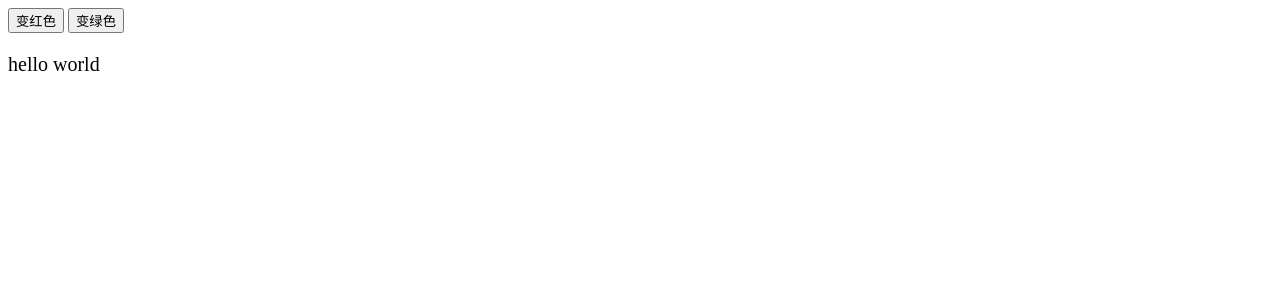
Repository: zhongmoumou/Codes
Page: 测试.html
An editor plug-in stored every save of this project. The page is shown before and after the next save, followed by the edit.
The browser window is 1280 px wide. The pictures show the whole page.

Above is the page before, as saved 2021-12-08 20:33:26.

After the next save:
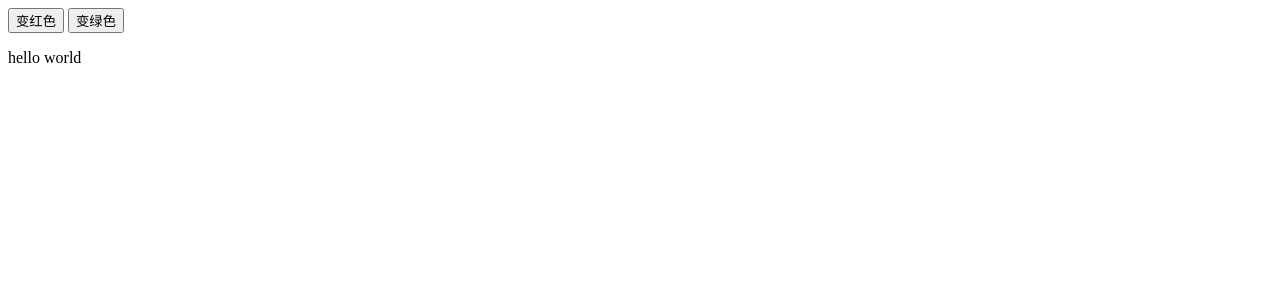
Saved 16 s later.
--- a/测试.html
+++ b/测试.html
@@ -10,7 +10,7 @@
 <body>
   <button>变红色</button>
   <button>变绿色</button>
-  <p id="one" style="font-size: 20px;">hello world</p>
+  <p>hello world</p>
 
   <script>
     // 1、获取事件源

After the save that followed:
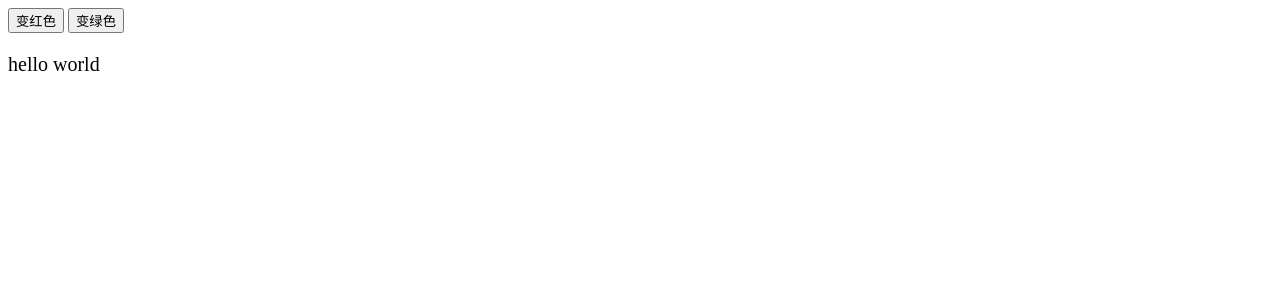
Saved 6 s later.
--- a/测试.html
+++ b/测试.html
@@ -10,7 +10,7 @@
 <body>
   <button>变红色</button>
   <button>变绿色</button>
-  <p>hello world</p>
+  <p id="one" style="font-size: 20px;">hello world</p>
 
   <script>
     // 1、获取事件源
